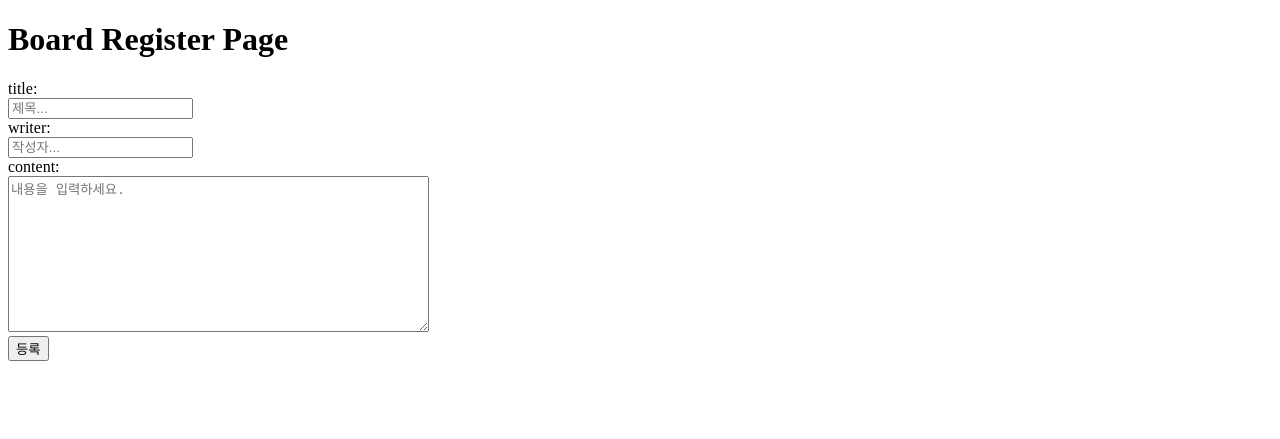
Repository: dtkd19/jsp-jstl_241022
Page: http://localhost/jsp_study/brd/register
These files come from the project's save history. The page is drawn as it stood at one moment and after the next save; the edit follows.
The browser window is 1280 px wide. The pictures show the whole page.
The page is served by Tomcat 9.

Above is the page before, as saved 2024-10-24 05:35:00.

After the next save:
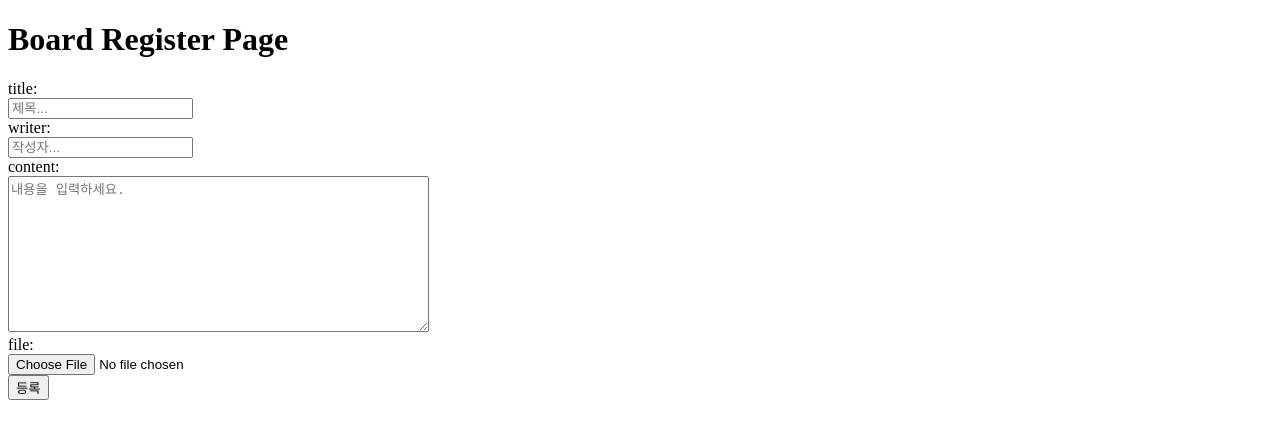
Saved 3 min 52 s later.
--- a/jsp_study/src/main/webapp/board/register.jsp
+++ b/jsp_study/src/main/webapp/board/register.jsp
@@ -18,6 +18,8 @@
 	<input type="text" name="writer" placeholder="작성자..."><br>
 	content: <br>
 	<textarea rows="10" cols="50" name="content" placeholder="내용을 입력하세요."></textarea><br>
+	file: <br>
+	<input type="file" name="imageFile" accept=""><br>
 	<button type="submit">등록</button>
 	</form>
 </body>
